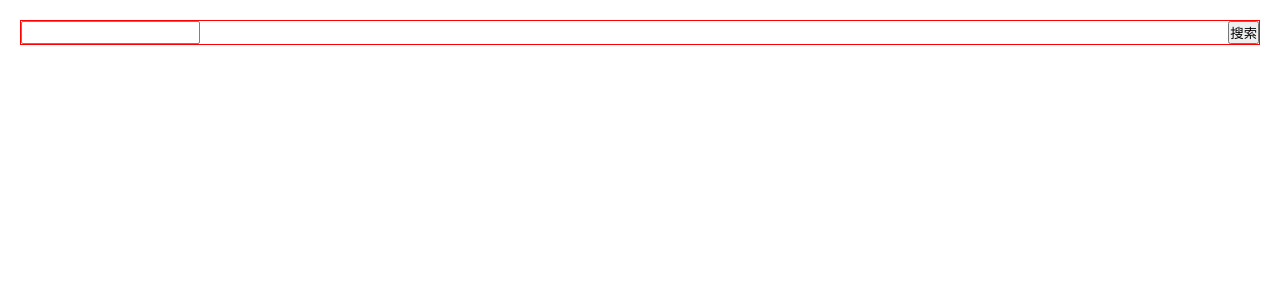
Repository: chenguocan/-
Page: src/index.html
An editor plug-in stored every save of this project. The page is shown before and after the next save, followed by the edit.
The browser window is 1280 px wide. The pictures show the whole page.

Above is the page before, as saved 2020-08-11 18:40:02.

### src/index.html
<!DOCTYPE html>
<html lang="en">

<head>
    <meta charset="UTF-8">
    <meta name="viewport"
        content="width=device-width,initial-scale=1,minimum-scale=1,maximum-scale=1,user-scalable=no,viewport-fit=cover">
    <meta http-equiv="X-UA-Compatible" content="ie=edge">
    <title>前端导航</title>
    <link rel="stylesheet" href="./style.css">
</head>

<body>
    <header class="globalHeader">
        <input type="text" />
        <button class="searchButton">搜索</button>
    </header>
    <main class="globalMain">
        <ul class="siteList">
            <li>
                <div class="siteBox">
                    <div class="logo"></div>
                    <div class="site"></div>
                </div>
            </li>
            <li>
                <div class="siteBox">
                    <div class="logo"></div>
                    <div class="site"></div>
                </div>
            </li>
        </ul>
    </main>
    <script src="./main.js"></script>
</body>

</html>

### src/style.css
*{
    margin: 0;
    padding: 0;
    box-sizing: border-box;
}
*::before{
    margin: 0;
    padding: 0;
    box-sizing: border-box;
}
*::after{
    margin:0;
    padding: 0;
    box-sizing: border-box;
}
.globalHeader{
    margin:20px;
    display: flex;
    justify-content: space-between;
    border:1px solid red;
}
.globalHeader>input{
    border: none;
    border-radius: 2px;
    border:1px solid gray
}

Loaded but not shown: src/main.js (no copy from this time; the picture is the same without it)

After the next save:
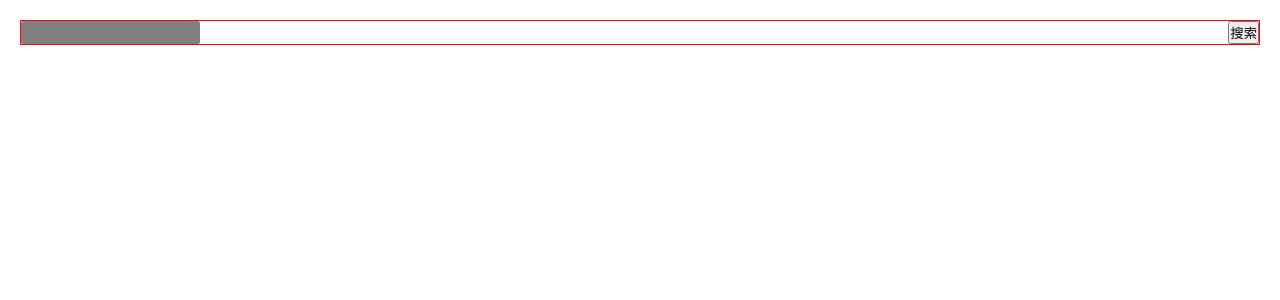
Saved 9 s later.
--- a/src/style.css
+++ b/src/style.css
@@ -22,5 +22,6 @@
 .globalHeader>input{
     border: none;
     border-radius: 2px;
-    border:1px solid gray
+    border:1px solid gray;
+    background: gray;
 }
